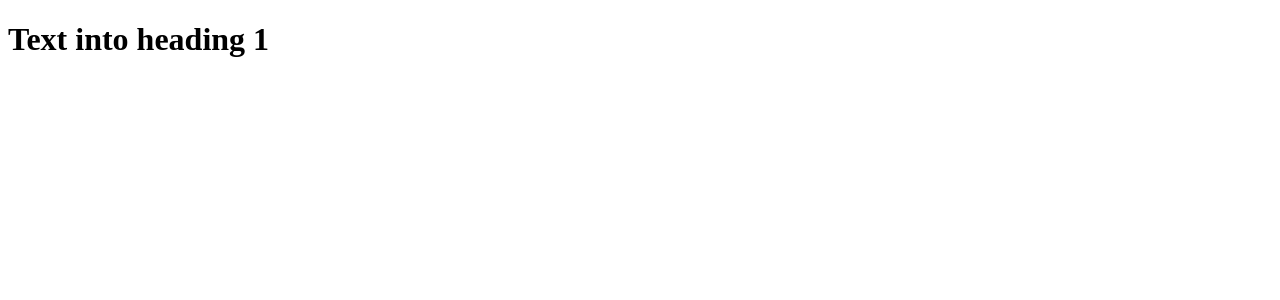
Repository: glgeorgiou/100-days-of-code-projects
Page: Front End Libraries Certification/4.React/react-test.html
The author's editor kept a copy of each file at every save. The page is drawn from the files as they stood at one save, then again after the next save.
The browser window is 1280 px wide. The pictures show the whole page.
Some web libraries are served in a nearby version.

Above is the page before, as saved 2019-06-10 10:44:25.

### Front End Libraries Certification/4.React/react-test.html
<!DOCTYPE html>
<html>
  <head>
    <meta charset="UTF-8" />
    <title>Add React in One Minute</title>
  </head>
  <body>


    <!-- Load React. -->
    <!-- Note: when deploying, replace "development.js" with "production.min.js". -->
    <script src="https://unpkg.com/react@16/umd/react.development.js" crossorigin></script>
    <script src="https://unpkg.com/react-dom@16/umd/react-dom.development.js" crossorigin></script>
    <script src="https://unpkg.com/babel-standalone@6/babel.min.js"></script>

    <div id="challenge-node"></div>

    <script type="text/babel">


      const element = React.createElement(
        'h1',
        {className: 'myClass'},
        'Text into heading 1'
    );

       ReactDOM.render(element, document.getElementById('challenge-node'))  ;
    </script>
  </body>
</html>

After the next save:
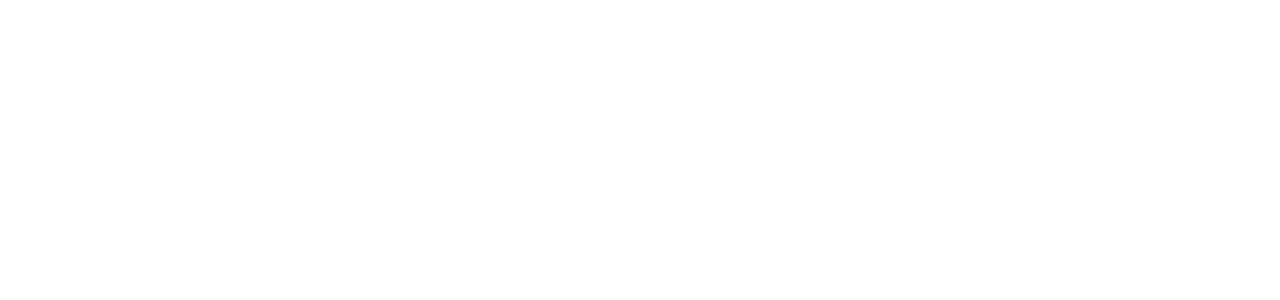
Console error (its wording comes from the project's code and is left out).
Saved 10 min 56 s later.
--- a/Front End Libraries Certification/4.React/react-test.html
+++ b/Front End Libraries Certification/4.React/react-test.html
@@ -16,14 +16,14 @@
     <div id="challenge-node"></div>
 
     <script type="text/babel">
-
-
-      const element = React.createElement(
-        'h1',
-        {className: 'myClass'},
-        'Text into heading 1'
-    );
-
+    function tick() {
+      const element = (
+        <div>
+          <h1>Hello, world!</h1>
+          <h2>It is {new Date().toLocaleTimeString()}.</h2>
+        </div>
+      );
+          setInterval(tick, 1000);
        ReactDOM.render(element, document.getElementById('challenge-node'))  ;
     </script>
   </body>

After the 2 saves that followed:
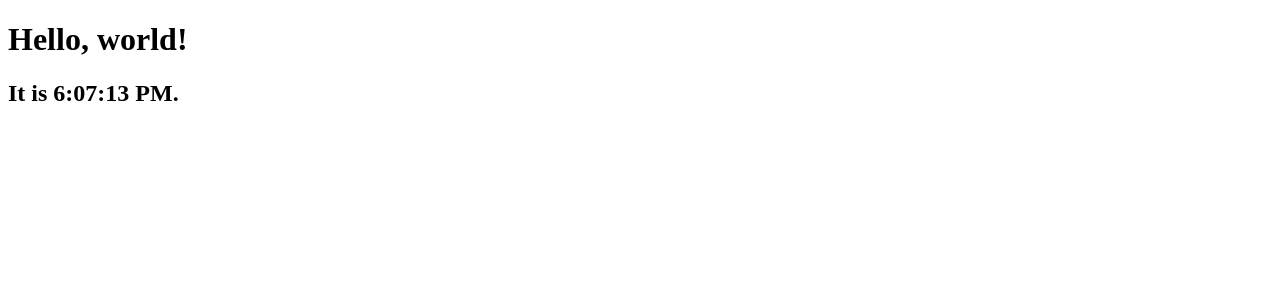
The error is gone.
The 2 saves are shown as one change because 1 left the picture as it was.
The last was saved 82 s later.
--- a/Front End Libraries Certification/4.React/react-test.html
+++ b/Front End Libraries Certification/4.React/react-test.html
@@ -13,18 +13,22 @@
     <script src="https://unpkg.com/react-dom@16/umd/react-dom.development.js" crossorigin></script>
     <script src="https://unpkg.com/babel-standalone@6/babel.min.js"></script>
 
-    <div id="challenge-node"></div>
+    <div id="root"></div>
 
     <script type="text/babel">
-    function tick() {
-      const element = (
-        <div>
-          <h1>Hello, world!</h1>
-          <h2>It is {new Date().toLocaleTimeString()}.</h2>
-        </div>
-      );
-          setInterval(tick, 1000);
-       ReactDOM.render(element, document.getElementById('challenge-node'))  ;
+      function tick() {
+        const element = (
+          <div>
+            <h1>Hello, world!</h1>
+            <h2>It is {new Date().toLocaleTimeString()}.</h2>
+          </div>
+        );
+        // highlight-next-line
+        ReactDOM.render(element, document.getElementById('root'));
+      }
+
+      setInterval(tick, 1000);
+
     </script>
   </body>
 </html>
